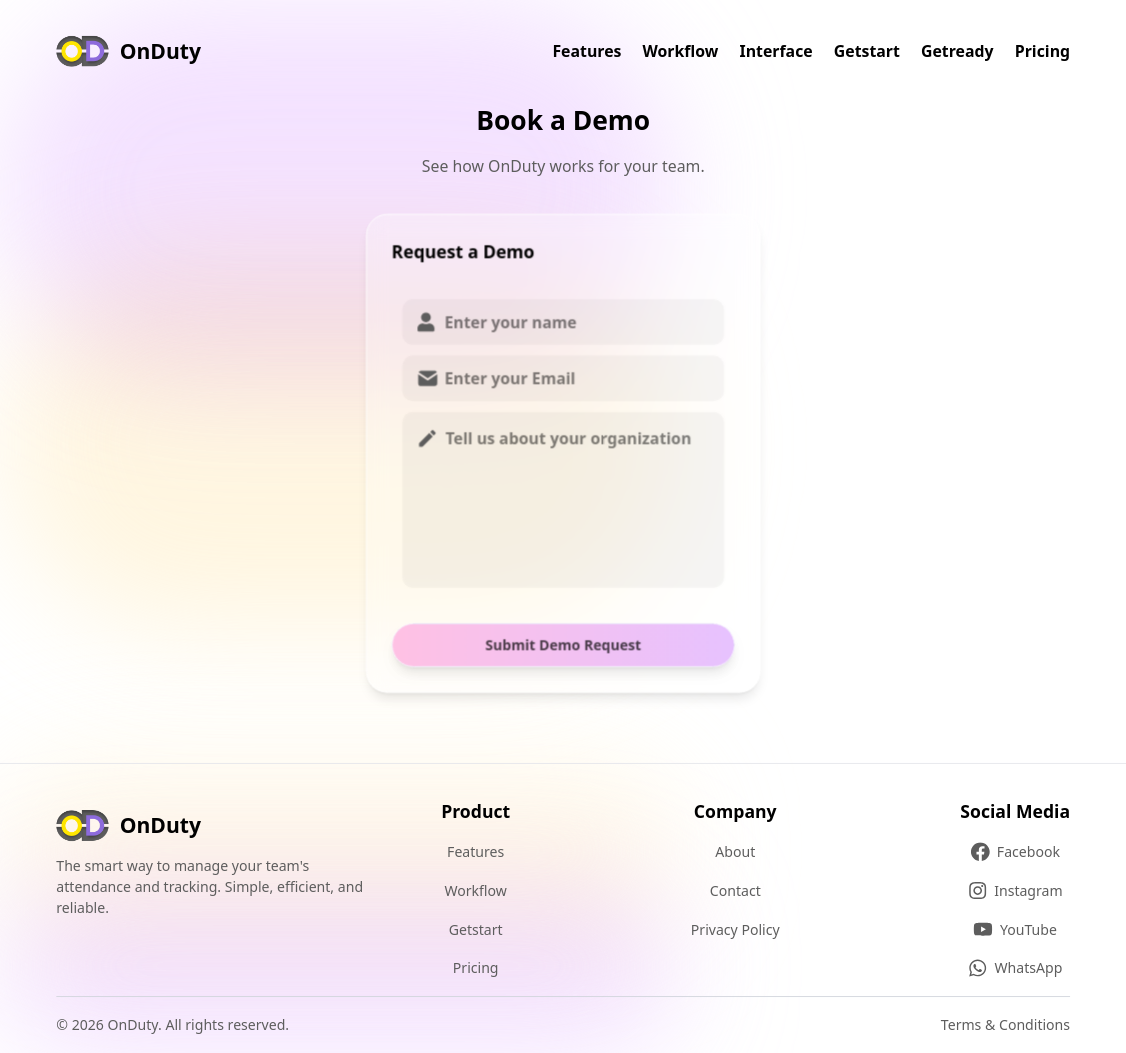
Repository: shekharzorin/ONDUTY-V1
Page: /bookdemo
An editor plug-in stored every save of this project. The page is shown before and after the next save, followed by the edit.
The browser window is 1280 px wide. The pictures show the whole page, at 88% of full size.
The project was rebuilt for these pictures with package versions that can differ from the ones it lists, and the page was loaded fresh each time. The framework's server and built-in components were replaced by stand-ins that run in the browser. Also part of the build but not shown: next.config.mjs, vite.config.js, app/components/ui/Crossicon.tsx.

Above is the page before, as saved 2026-01-17 18:15:52.

After the next save:
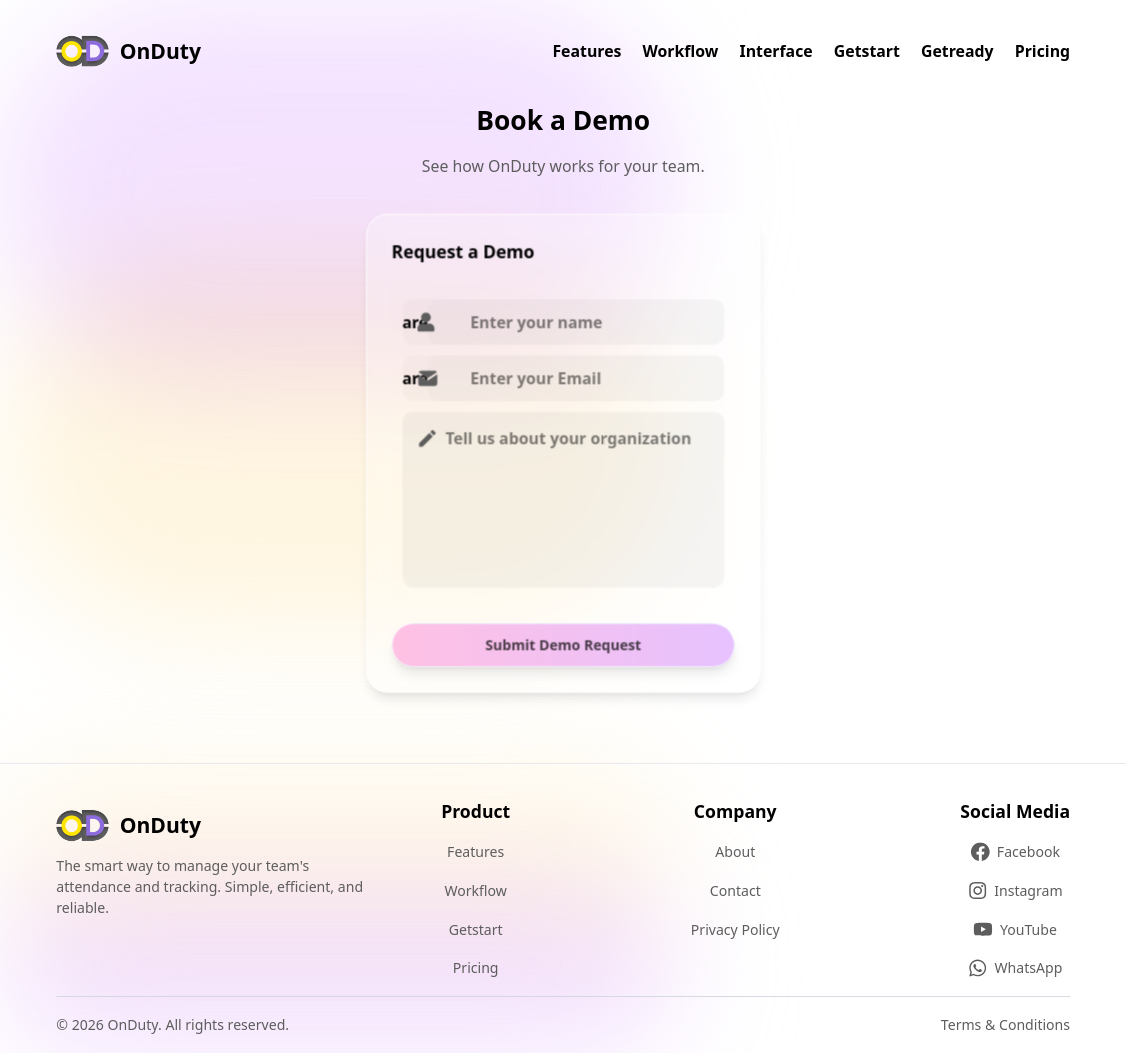
Saved 23 min 32 s later.
--- a/app/components/ui/Inputbox.tsx
+++ b/app/components/ui/Inputbox.tsx
@@ -42,7 +42,7 @@ const Inputbox = ({
           <span className="absolute left-4 text-(--color-gray) justify-center items-center">
             {icon}
           </span>
-        )}
+        )}are
 
         <input
           type={inputType}
